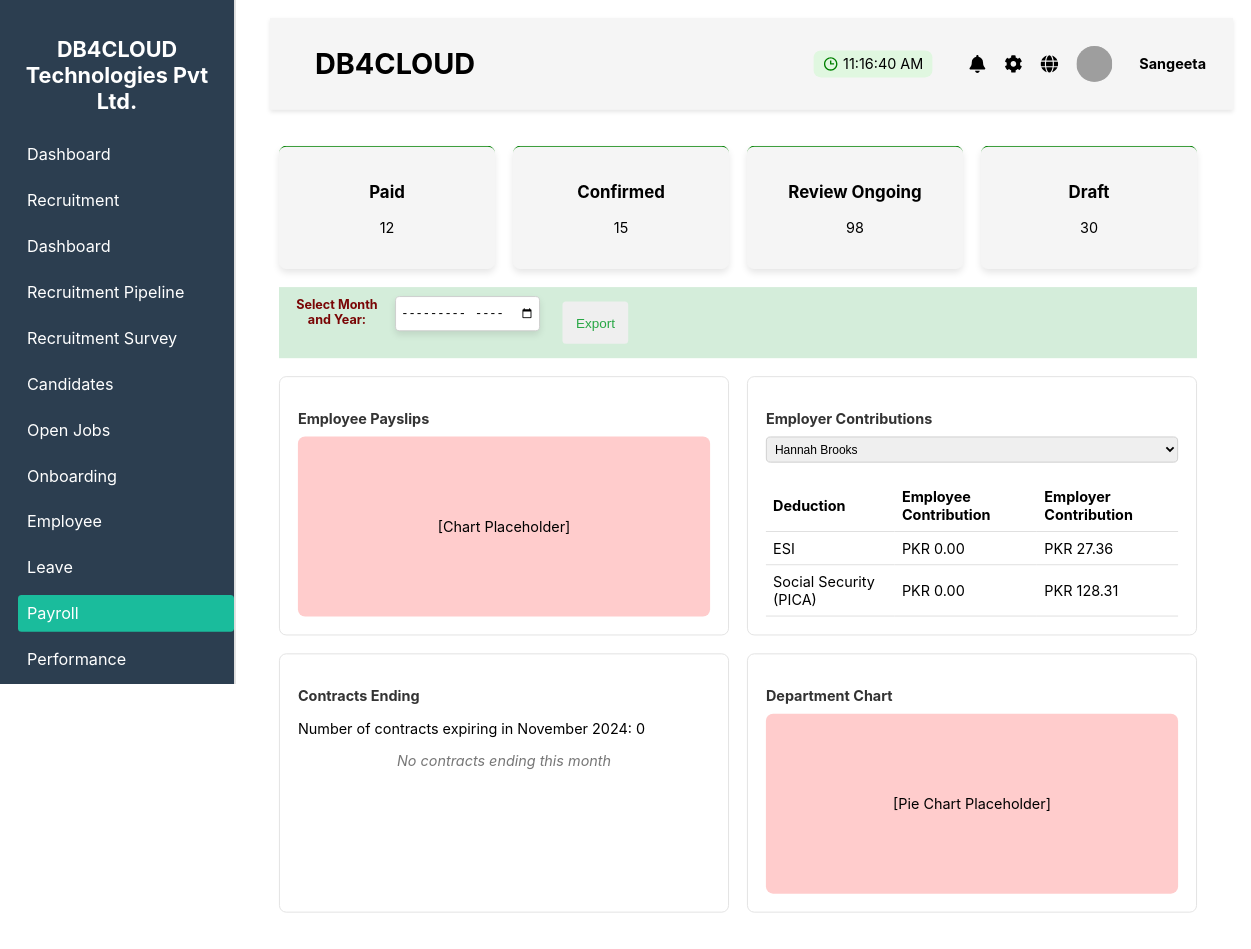
Repository: tinu-ns/Dev-code
Page: /payroll/payroll-dashboard (app in HRMS-DEMO-Sang/hrms/)
The author's editor kept a copy of each file at every save. The page is drawn from the files as they stood at one save, then again after the next save.
The browser window is 1280 px wide. The page is 1390 px wide, so the pictures cover 1390 px, including what lies to the right of the window. The pictures show the whole page, at 90% of full size.
Pictures or frames that could not be fetched are drawn as grey boxes. The project was rebuilt for these pictures with package versions that can differ from the ones it lists, and the page was loaded fresh each time. Also part of the build but not shown: HRMS-DEMO-Sang/hrms/src/components/Dashboard.js, HRMS-DEMO-Sang/hrms/src/components/Recruitment.js, HRMS-DEMO-Sang/hrms/src/components/Payroll/Payroll.js, HRMS-DEMO-Sang/hrms/src/components/Leave.js, HRMS-DEMO-Sang/hrms/src/components/Employee.js, HRMS-DEMO-Sang/hrms/src/components/MainContent.css, HRMS-DEMO-Sang/hrms/src/components/MainContent.js, HRMS-DEMO-Sang/hrms/src/components/RightSidebar.css and 8 more. Imported but missing from the stored project, and not drawn on this page: HRMS-DEMO-Sang/hrms/src/components/Onboarding, HRMS-DEMO-Sang/hrms/src/components/Performance.

Above is the page before, as saved 2024-11-06 11:16:31.

### HRMS-DEMO-Sang/hrms/src/App.js
// App.js
import React from 'react';
import { BrowserRouter as Router, Route, Routes, Navigate } from 'react-router-dom';
import Sidebar from './components/Sidebar';
import Dashboard from './components/Dashboard';
import Recruitment from './components/Recruitment';
import Onboarding from './components/Onboarding';
import Performance from './components/Performance';
import Payroll from './components/Payroll/Payroll';
import Leave from './components/Leave';
import Employee from './components/Employee';
import Header from './components/Header';
import MainContent from './components/MainContent';
import RightSidebar from './components/RightSidebar';
import RecruitmentDashboard from './components/Recruitment/RecruitmentDashboard';
import RecruitmentPipeline from './components/Recruitment/RecruitmentPipeline';
import Allowances from './components/Payroll/Allowances';
import Contract from './components/Payroll/Contract';
import Deductions from './components/Payroll/Deductions';
import Payslips from './components/Payroll/Payslips';
import PayrollDashboard from './components/Payroll/PayrollDashboard';
import EmployeeDashboard from './components/Employee/EmployeeDashboard';


import './App.css';

function App() {
  return (
    <Router>
      <div className="app">
        <Sidebar />
        <div className='content-container'>
          <Header />
          <div className="main-section">
            <Routes>
              {/* Main Dashboard Route */}
              <Route path="/" element={<><MainContent /><RightSidebar /></>} />

              {/* Subpage Routes */}
              <Route path="/dashboard" element={<Dashboard />} />
              <Route path="/recruitment" element={<Recruitment />} />
              <Route path="/recruitment/dashboard" element={<RecruitmentDashboard />} />
              <Route path="/recruitment/pipeline" element={<RecruitmentPipeline />} />
              <Route path="/recruitment/survey" element={<div>Survey Page</div>} />
              <Route path="/recruitment/candidates" element={<div>Candidates Page</div>} />
              <Route path="/recruitment/open-jobs" element={<div>Open Jobs Page</div>} />
              <Route path="/onboarding" element={<Onboarding />} />
              <Route path="/employee" element={<Employee />} />

              {/* Payroll Section Routes */}

              <Route path="/employee" element={<EmployeeDashboard />} />
            {/* Other routes */}
            <Route path="*" element={<Navigate to="/employee" />} />

              <Route path="/leave" element={<Leave />} />

              {/* Payroll Section Routes */}
              <Route path="/payroll" element={<Payroll />} />
              <Route path="/payroll/allowances" element={<Allowances />} />
              <Route path="/payroll/contract" element={<Contract />} />
              <Route path="/payroll/deductions" element={<Deductions />} />
              <Route path="/payroll/payslips" element={<Payslips />} />
              <Route path="/payroll/payroll-dashboard" element={<PayrollDashboard />} />
              <Route path="/performance" element={<Performance />} />


              {/* Redirect unknown routes to main dashboard */}
              <Route path="*" element={<Navigate to="/" />} />
            </Routes>
          </div>
        </div>
      </div>
    </Router>
  );
}

export default App;

### HRMS-DEMO-Sang/hrms/src/components/Sidebar.js
import React, {useState} from "react";
import { NavLink } from "react-router-dom";

import "./Sidebar.css"
const Sidebar = () => {
  const [isPayrollOpen, setIsPayrollOpen] = useState(false);
  const togglePayrollMenu = () => {
    setIsPayrollOpen(!isPayrollOpen);
  };


  return (
    <div className="container">
    <div className="sidebar">
      <h2>DB4CLOUD Technologies Pvt Ltd.</h2>
      <ul className="sidebar-list">
      <li>
          <NavLink to="/dashboard" activeClassName="active">
            Dashboard
          </NavLink>
        </li>
        <li>
          <NavLink to="/recruitment" activeClassName="active">
            Recruitment
          </NavLink>
          <ul>
            <li><NavLink to="/recruitment/dashboard">Dashboard</NavLink></li>
            <li><NavLink to="/recruitment/pipeline">Recruitment Pipeline</NavLink></li>
            <li><NavLink to="/recruitment/survey">Recruitment Survey</NavLink></li>
            <li><NavLink to="/recruitment/candidates">Candidates</NavLink></li>
            <li><NavLink to="/recruitment/open-jobs">Open Jobs</NavLink></li>
          </ul>
        </li>
        {/* Add more items as needed */}
        <li>
          <NavLink to="/onboarding" activeClassName="active">
            Onboarding
          </NavLink>
        </li>
        <li>
          <NavLink to="/employee" activeClassName="active">
            Employee
          </NavLink>
        </li>
        <li>
          <NavLink to="/leave" activeClassName="active">
            Leave
          </NavLink>
        </li>
            {/* Payroll section */}
        <li>
          <NavLink to="/payroll" activeClassName="active" className="menu-toggle" onClick={togglePayrollMenu}>
            Payroll
          </NavLink>

          {isPayrollOpen && (
            <ul className="submenu">
              <li><NavLink to="/payroll/payroll-dashboard">Dashboard</NavLink></li>
              <li><NavLink to="/payroll/allowances">Allowances</NavLink></li>
              <li><NavLink to="/payroll/contract">Contracts</NavLink></li>
              <li><NavLink to="/payroll/deductions">Deductions</NavLink></li>
              <li><NavLink to="/payroll/payslips">Payslips</NavLink></li>
              <li><NavLink to="/payroll/payroll">Payroll</NavLink></li>
              <li><NavLink to="/payroll/loan-advance-salary">Loan / Advance Salary</NavLink></li>
              <li><NavLink to="/payroll/encashments-reimbursements">Encashments & Reimbursements</NavLink></li>
              <li><NavLink to="/payroll/federal-tax">Federal Tax</NavLink></li>
            </ul>
          )}
        </li>
        <li>
          <NavLink to="/performance" activeClassName="active">
            Performance
          </NavLink>
        </li>
        <li>
          <NavLink to="/offboarding" activeClassName="active">
            Offboarding
          </NavLink>
        </li>
        <li>
          <NavLink to="/assets" activeClassName="active">
            Assets
          </NavLink>
        </li>
        <li>
          <NavLink to="/help-desk" activeClassName="active">
            Help Desk
          </NavLink>
        </li>
        <li>
          <NavLink to="/configuration" activeClassName="active">
            Configuration
          </NavLink>
        </li>
      </ul>
    </div>

    </div>
  );
};

export default Sidebar;

### HRMS-DEMO-Sang/hrms/src/components/Header.js
import React, {useState,useEffect} from 'react'
import {FaBell, FaCog, FaGlobe, FaSignOutAlt} from 'react-icons/fa'
import {BiTime} from 'react-icons/bi'
import './Header.css'

const Header = () => {
    const [currentTime, setCurrentTime] = useState('')
    const [showDropdown, setShowDropdown] = useState(false);

    const getCurrentTime = () => {
        const now = new Date()
        return now.toLocaleTimeString()   // Returns time as HH:MM:SS
    }

// Update time every second
useEffect(() => {
    const timer = setInterval(() => {
      setCurrentTime(getCurrentTime());
    }, 1000); // Update every 1000ms (1 second)

    // Cleanup interval on component unmount
    return () => clearInterval(timer);
  }, []); // Empty dependency array to run only on mount/unmount


    const toggleDropdown = () => {
        setShowDropdown(!showDropdown)
    }


  return (
    <header className='bg-container'>
      <div className='header'>
        <div className="header-left">
        <button className='menu-button'></button>
        <h1>DB4CLOUD</h1>
        </div>

        <div className="header-right">
          {/*  <p>You cannot mark attendence from this network</p> */}

                {/* Time display*/ }
                <div className="time-box">
                    <BiTime className='time-icon' />
                    <span>{currentTime}</span>
                </div>

                {/*Icons for notificatins, settings, etc. */}
                <FaBell className='icon' title='Notifications' />
                <FaCog className="icon" title="Settings" />
                <FaGlobe className='icon' title='Language' />

                {/* User Profile with dropdown*/ }

                <div className="user-profile" onClick={toggleDropdown}>
                    <div className="user-avatar">
                    < img src="https://th.bing.com/th/id/OIP.Pgv1PargHCECE7gCB5kJ-wHaKx?rs=1&pid=ImgDetMain"
                alt="user-Avatar" className="avatar" />
                    </div>
                    <span className="user-name">Sangeeta</span>

{showDropdown && (
    <div className="dropdown">
        <ul>
            <li>Profile</li>
            <li>Setting</li>
            <li>
                <FaSignOutAlt /> Logout
            </li>
        </ul>
    </div>
)}

</div>

     {  /*      <div className="user-info">
                <span className='user-name'>Shalu</span>
                < img src="https://th.bing.com/th/id/OIP.Pgv1PargHCECE7gCB5kJ-wHaKx?rs=1&pid=ImgDetMain"
                alt="user-Avatar" className="avatar" />
            </div>
            */ }
        </div>


      </div>

    </header>
  )
}

export default Header

### HRMS-DEMO-Sang/hrms/src/App.css
.app{
  display: flex;
  height: 100vh;
  background-color: #f4f4f4;
}

.content-container{
  flex-grow: 1;
  padding: 20px;
  background-color: #fff;
  margin-left: 200px;
  display: flex;
  flex-direction: column;

}

.main-section{
  display: flex;
  justify-content: space-between;
  padding: 20px;
}


.sidebar {
  width: 220px;
  background-color: #2c3e50;
  position: fixed;
  height: 100vh;
}

### HRMS-DEMO-Sang/hrms/src/components/Sidebar.css
 .container{
    display: flex;
    height: 100vh;
    margin-right: 50px;
}

/*
.content{
    flex-grow: 1;
    padding: 20px;
    padding-left: 50px;

}  */

.sidebar {
    width: 220px;
    height: 100vh;
    background-color: #503f2c;
    padding: 20px;
    color: white;
    height: 100vh;
    position: fixed;
    border-right: 2px solid #ddd;
    overflow-y: auto;        /* Allows vertical scrolling */
    position: fixed;
    margin-right: 200px;        /* Keeps sidebar fixed on the left side */

  }



  .sidebar h2{
    text-align: center;
    margin-bottom: 30px;
    font-size: 24px;
  }

  .sidebar-list{
    list-style-type: none;
    padding: 0;
  }


  .sidebar-list li{
    margin-bottom: 15px;
  }

  .sidebar-list li a {
    color: white;
    text-decoration: none;
    font-size: 18px;
    padding: 10px;
    border-radius: 4px;
    display: block;
  }

  .sidebar-list li a:hover{
    color: #1abc9c;
  }

  .sidebar-list li a.active{
    background-color: #1abc9c;
    color: white;
  }

  .sidebar {
    width: 250px;
    background-color: #2E3A46;
    color: #FFF;
    padding: 20px;
    height: 100vh;
  }

  .sidebar h2 {
    font-size: 1.5em;
    margin-bottom: 1em;
  }

  .sidebar ul {
    list-style: none;
    padding: 0;
  }

  .sidebar li {
    margin: 10px 0;
  }

  .sidebar li ul {
    margin-top: 5px;
  }

  .sidebar a {
    color: #FFF;
    text-decoration: none;
  }

  .sidebar a:hover {
    text-decoration: underline;
  }

  .sidebar a.active {
    color: #20c997;
  }

  .sidebar ul li a:hover, .menu-toggle:hover {
    background-color: #34495e;
  }

  .menu-toggle {
    background: none;
    border: none;
    color: #ecf0f1;
    font-size: 1rem;
    text-align: left;
    cursor: pointer;
    width: 100%;
    padding: 10px;
  }

  .submenu {
    list-style-type: none;
    padding-left: 20px;
  }

  .submenu li a {
    padding-left: 20px;
    font-size: 0.9rem;
  }

### HRMS-DEMO-Sang/hrms/src/components/Employee.css
/* EmployeeDashboard.css */
.employee-dashboard {
    padding: 20px;
  }

  .container {
    display: flex;
    justify-content: space-between;
    align-items: flex-start;
  }

  .month-year-selector {
    width: 40%;
  }

  .employee-details {
    width: 55%;
    padding: 10px;
    border: 1px solid #ccc;
    border-radius: 5px;
  }

  .calendar {
    margin-top: 10px;
    border: 1px solid #007bff;
    padding: 10px;
  }

  .calendar-month {
    display: grid;
    grid-template-columns: repeat(7, 1fr); /* 7 columns for the days */
    gap: 5px;
  }

  .calendar-day {
    padding: 10px;
    background-color: #f0f0f0;
    text-align: center;
    cursor: pointer;
    border: 1px solid #ccc;
    border-radius: 3px;
    transition: background-color 0.3s;
  }

  .calendar-day:hover {
    background-color: #d0e8ff;
  }

  .employee-chart {
    margin-top: 10px;
  }

  .employee-status {
    padding: 10px;
    border: 1px solid #ccc;
    border-radius: 5px;
    display: flex;
    justify-content: space-between;
    margin-bottom: 5px;
  }

  .draft { background-color: #fff3cd; }
  .reviewed { background-color: #cce5ff; }
  .confirmed { background-color: #d4edda; }
  .paid { background-color: #d1ecf1; }

### HRMS-DEMO-Sang/hrms/src/components/Header.css
.bg-container{
  padding-left: 30px;

}

.header {
    background-color: #f5f5f5;
    padding: 10px 20px;
    display: flex;
    justify-content: space-between;
    align-items: center;
    box-shadow: 0px 2px 5px rgba(0, 0, 0, 0.1);
  }

  .header-left {
    display: flex;
    align-items: center;
  }

  .menu-button {
    font-size: 24px;
    background: none;
    border: none;
    cursor: pointer;
  }

  .h1{
    margin-left: 15px;
    font-size: 24px;
    color: red! important ;
  }

  .header-right{
    display: flex;
    align-items: center;
  }

  .icon{
    margin-left: 20px;
    font-size: 20px;
    cursor: pointer;
  }

  .time-box {
    display: flex;
    align-items: center;
    background-color: #e0f7e0;
    padding: 5px 10px;
    border-radius: 8px;
    margin-right: 20px;
  }

  .time-icon {
    margin-right: 5px;
    font-size: 18px;
    color: green;
  }

  .user-profile{
    display: flex;
    align-items: center;
    cursor: pointer;
    position: relative;
  }

  .user-avatar{
    padding: 20px;
  }

  .avatar{
    width: 40px;
    height: 40px;
    background-color: #d4d4d4;
    border-radius: 50%;
    display: flex;
    justify-content: center;
    align-items: center;
    font-size: 18px;
    color: white;
    margin-right: 10px;

  }

  .user-name{
    font-weight: bold;
  }

  .dropdown{
    position: absolute;
    top: 50px;
    right: 0;
    background-color: #fff;
    box-shadow: 0px 2px 8px rgba(0, 0, 0, 0.1);
    border-radius: 5px;
    z-index: 100;
  }

  .dropdown ul {
    list-style-type: none;
    padding: 10px;
    margin: 0;
  }

  .dropdown ul li {
    padding: 10px 15px;
    cursor: pointer;
  }

  .dropdown ul li:hover {
    background-color: #f5f5f5;
  }

  .user-info {
    display: flex;
    align-items: center;
  }

  .user-name {
    margin-right: 10px;
  }

### HRMS-DEMO-Sang/hrms/src/components/Recruitment/RecruitmentPipeline.css
.pipeline-container {
    padding: 20px;
    background-color: #f5f5f5;
    border-radius: 8px;
  }

  .pipeline-section {
    margin-top: 20px;
  }

  .pipeline-section h3 {
    background-color: #f8f9fa;
    padding: 10px;
    border-left: 5px solid #ffa500;
  }

  .recruitment-table {
    width: 100%;
    border-collapse: collapse;
  }

  .recruitment-table th,
  .recruitment-table td {
    padding: 10px;
    border-bottom: 1px solid #ddd;
    text-align: left;
  }

  .recruitment-table th {
    background-color: #f1f1f1;
  }

  button {
    padding: 5px 10px;
    margin: 0 5px;
    border: none;
    border-radius: 4px;
    cursor: pointer;
  }

  button:hover {
    background-color: #ddd;
  }

### HRMS-DEMO-Sang/hrms/src/components/Payroll/PayrollDashboard.css
/* PayrollDashboard.css */
.payroll-dashboard {
  padding: 20px;
}

.status-containers {
  display: flex;
  justify-content: space-between;
  margin-bottom: 20px;
}

.status-container {
  background-color: #f0f0f0;
  border: 1px solid #ccc;
  padding: 10px;
  text-align: center;
  width: 18%;
}

.paid {
  background-color: #d4edda;
}
.confirmed {
  background-color: #cce5ff;
}
.review {
  background-color: #fff3cd;
}
.draft {
  background-color: #f8d7da;
}


.export-buttons {
  display: flex;
  gap: 10px;
  padding: 10px;
  text-align: center;
  cursor: pointer;
  width: 80%;


}

.export{
    color: #28a745;
    font-size: 15px;
    padding: 15px;
    font-weight: 400;

}

.export-form {
  margin-top: 20px;
  border: 1px solid #ccc;
  padding: 20px;
  background-color: #f9f9f9;
}

.export-form label {
  display: block;
  margin-bottom: 10px;
}

.export-form input,
.export-form select {
  width: 100%;
  padding: 8px;
  margin-top: 5px;
}

.export-form button {
  margin-top: 10px;
  padding: 10px;
  background-color: #28a745;
  color: white;
  border: none;
  cursor: pointer;
}

.status {
  display: flex;
  justify-content: space-around;
  gap: 20px;
}

.status-item {
  background-color: #f5f5f5;
  padding: 20px;
  width: 200px;
  text-align: center;
  border-radius: 8px;
  margin-bottom: 20px;
  box-shadow: 0px 4px 8px rgba(0, 0, 0, 0.1);
  border-top: 1px solid green;
}

.row-container {
  display: flex;
  align-items: center;
  justify-content: space-between; /* Space between calendar and export button */
  margin-bottom: 20px;
  background-color: #d4edda;
  text-align: center;

}

.calendar-container {
    margin-bottom: 20px;
  }


.date-selector {
  display: flex;
  flex-direction: row;
  padding: 10px;
}

.date-selector label {
  font-size: 14px;
  margin-bottom: 5px;
  margin-right: 10px;
  color: rgb(121, 5, 5);
  font-weight: bold;
  text-align: center;
}

.date-selector input[type="month"] {
  padding: 5px;
  border: 1px solid #ccc;
  border-radius: 5px;
  box-shadow: 0px 4px 8px rgba(0, 0, 0, 0.1);
}

.dashboard-content {
  display: grid;
  grid-template-columns: 1fr 1fr;
  gap: 20px;
}

.employee-payslips,
.contributions,
.contracts-ending,
.department-chart {
  background-color: #ffffff;
  border: 1px solid #e0e0e0;
  border-radius: 8px;
  padding: 20px;
}

.employee-payslips h3,
.contributions h3,
.contracts-ending h3,
.department-chart h3 {
  font-size: 16px;
  color: #333333;
  margin-bottom: 10px;
}

.payslip-chart,
.chart-placeholder {
  height: 200px;
  background-color: #ffcccc;
  border-radius: 8px;
  display: flex;
  align-items: center;
  justify-content: center;
}

.employee-dropdown {
  width: 100%;
  padding: 5px;
  margin-bottom: 10px;
  border: 1px solid #ccc;
  border-radius: 5px;
}

table {
  width: 100%;
  border-collapse: collapse;
  margin-top: 10px;
}

th,
td {
  padding: 8px;
  text-align: left;
  border-bottom: 1px solid #ddd;
}

.no-contracts {
  text-align: center;
  color: #777;
  font-style: italic;
}

### HRMS-DEMO-Sang/hrms/src/components/Employee/EmployeeDashboard.css
/* EmployeeDashboard.css */
.employee-dashboard {
    padding: 20px;
  }

  .container {
    display: flex;
    justify-content: space-between;
    align-items: flex-start;
  }

  .month-year-selector {
    width: 40%;
  }

  .employee-details {
    width: 55%;
    padding: 10px;
    border: 1px solid #ccc;
    border-radius: 5px;
  }

  .calendar {
    margin-top: 10px;
    border: 1px solid #007bff;
    padding: 10px;
  }

  .calendar-month {
    display: grid;
    grid-template-columns: repeat(7, 1fr); /* 7 columns for the days */
    gap: 5px;
  }

  .calendar-day {
    padding: 10px;
    background-color: #f0f0f0;
    text-align: center;
    cursor: pointer;
    border: 1px solid #ccc;
    border-radius: 3px;
    transition: background-color 0.3s;
  }

  .calendar-day:hover {
    background-color: #d0e8ff;
  }

  .employee-chart {
    margin-top: 10px;
  }

  .employee-status {
    padding: 10px;
    border: 1px solid #ccc;
    border-radius: 5px;
    display: flex;
    justify-content: space-between;
    margin-bottom: 5px;
  }

  .draft { background-color: #fff3cd; }
  .reviewed { background-color: #cce5ff; }
  .confirmed { background-color: #d4edda; }
  .paid { background-color: #d1ecf1; }

Loaded but not shown: HRMS-DEMO-Sang/hrms/public/index.html (common file); HRMS-DEMO-Sang/hrms/src/index.js (common file); HRMS-DEMO-Sang/hrms/src/index.css (common file); HRMS-DEMO-Sang/hrms/src/reportWebVitals.js (common file); HRMS-DEMO-Sang/hrms/src/components/Payroll/PayrollDashboard.js (178 lines, source omitted)

After the next save:
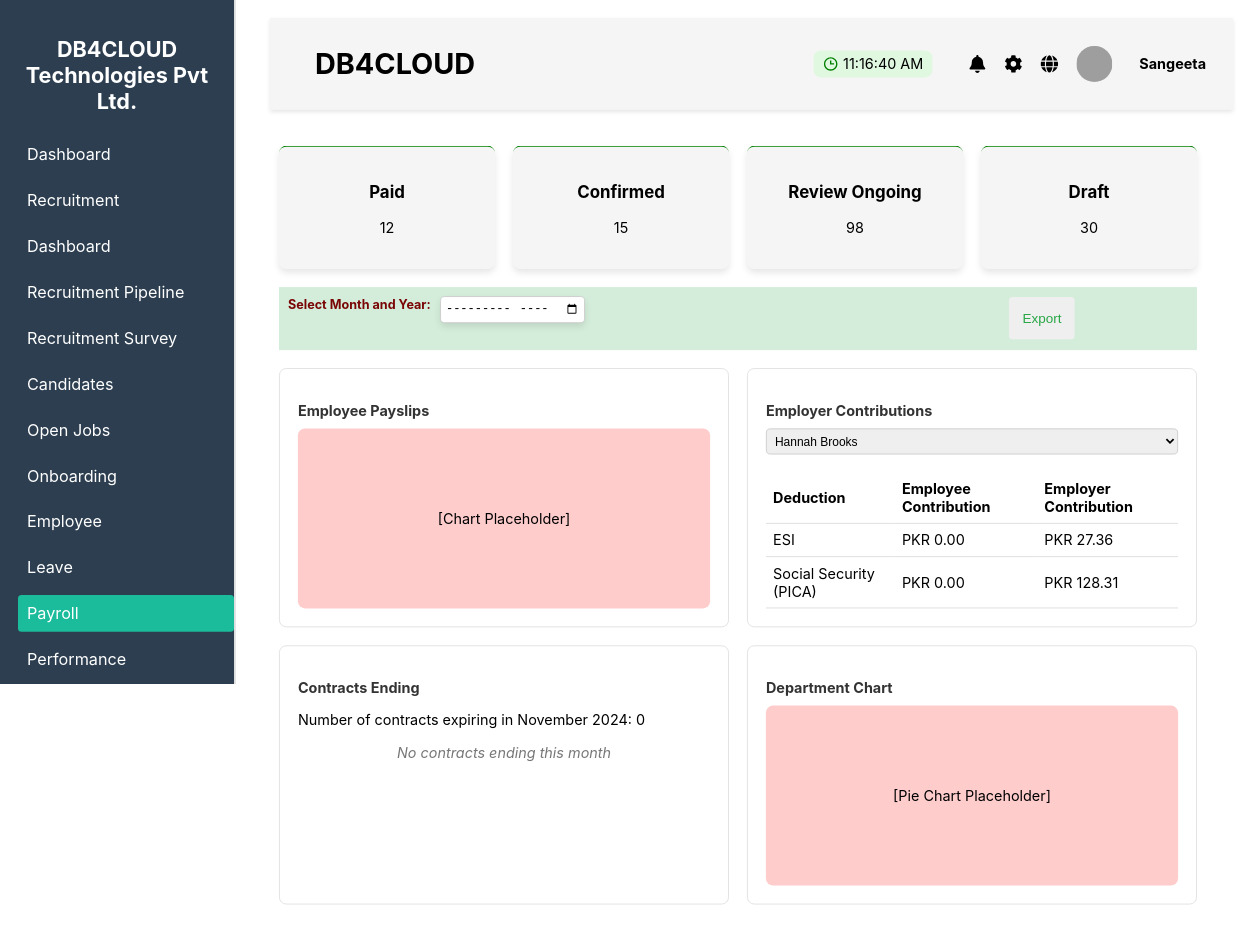
Saved 4 s later.
--- a/HRMS-DEMO-Sang/hrms/src/components/Payroll/PayrollDashboard.css
+++ b/HRMS-DEMO-Sang/hrms/src/components/Payroll/PayrollDashboard.css
@@ -37,7 +37,7 @@
   padding: 10px;
   text-align: center;
   cursor: pointer;
-  width: 80%;
+  width: 20%;
 
 
 }
